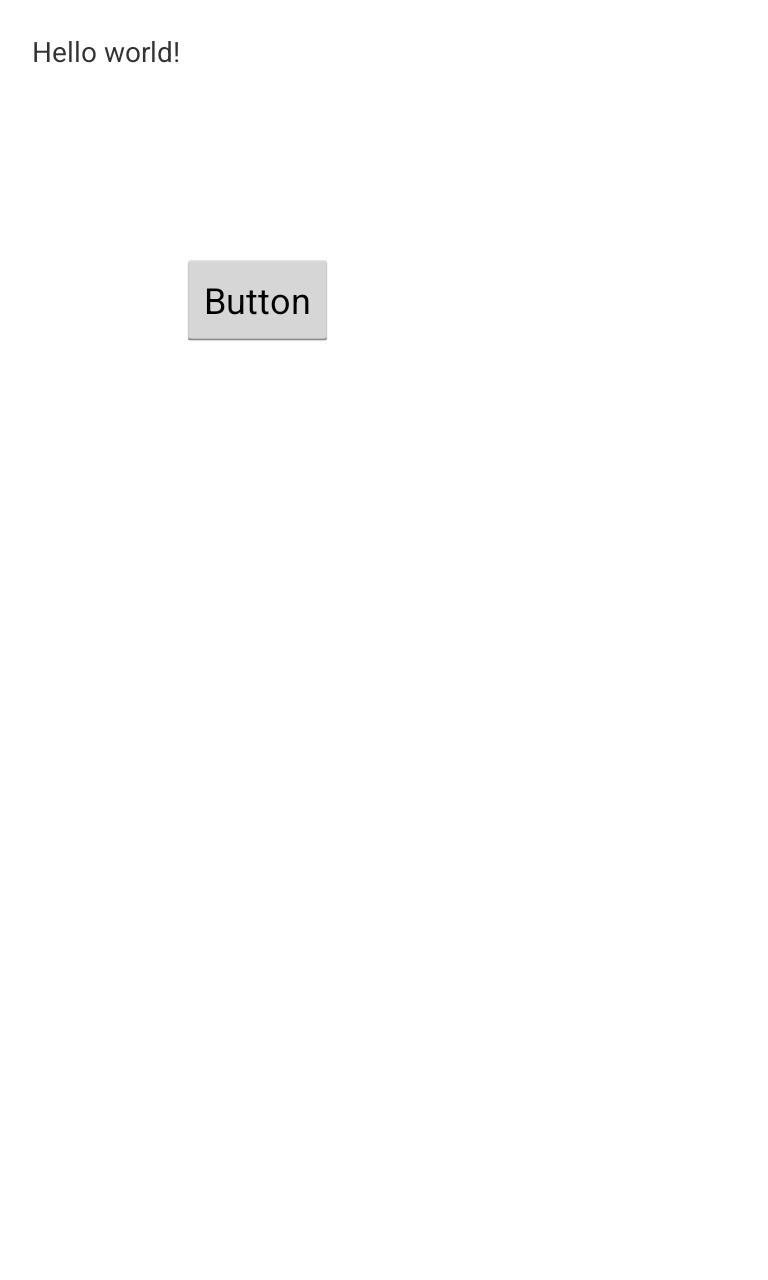
Repository: xfhy/Usually-learn-Android
Layout: Service 服务/5.为什么要引入bindservice/res/layout/activity_main.xml
An editor plug-in stored every save of this project. The layout is shown before and after the next save, followed by the edit.
It is drawn on a 768 x 1280 px phone screen (xhdpi) without system bars, with theme AppTheme; the app's code is not run.

Above is the layout before, as saved 2017-01-30 09:38:50.

### Service 服务/5.为什么要引入bindservice/res/layout/activity_main.xml
<RelativeLayout xmlns:android="http://schemas.android.com/apk/res/android"
    xmlns:tools="http://schemas.android.com/tools"
    android:layout_width="match_parent"
    android:layout_height="match_parent"
    android:paddingBottom="@dimen/activity_vertical_margin"
    android:paddingLeft="@dimen/activity_horizontal_margin"
    android:paddingRight="@dimen/activity_horizontal_margin"
    android:paddingTop="@dimen/activity_vertical_margin"
    tools:context="com.itheima.whybindservice.MainActivity$PlaceholderFragment" >

    <TextView
        android:id="@+id/textView1"
        android:layout_width="wrap_content"
        android:layout_height="wrap_content"
        android:text="@string/hello_world" />

    <Button
        android:id="@+id/bt_test"
        android:layout_width="wrap_content"
        android:layout_height="wrap_content"
        android:layout_below="@+id/textView1"
        android:layout_marginTop="91dp"
        android:layout_toRightOf="@+id/textView1"
        android:text="Button" />

</RelativeLayout>

### Service 服务/5.为什么要引入bindservice/res/values/strings.xml
<?xml version="1.0" encoding="utf-8"?>
<resources>

    <string name="app_name">5.为什么要引入bindservice</string>
    <string name="hello_world">Hello world!</string>
    <string name="action_settings">Settings</string>

</resources>

Loaded but not shown: Service 服务/5.为什么要引入bindservice/res/values/styles.xml (common file); Service 服务/5.为什么要引入bindservice/res/values-v11/styles.xml (common file); Service 服务/5.为什么要引入bindservice/res/values-v14/styles.xml (common file); Service 服务/5.为什么要引入bindservice/res/values/dimens.xml (common file); Service 服务/5.为什么要引入bindservice/res/values-w820dp/dimens.xml (common file)

After the next save:
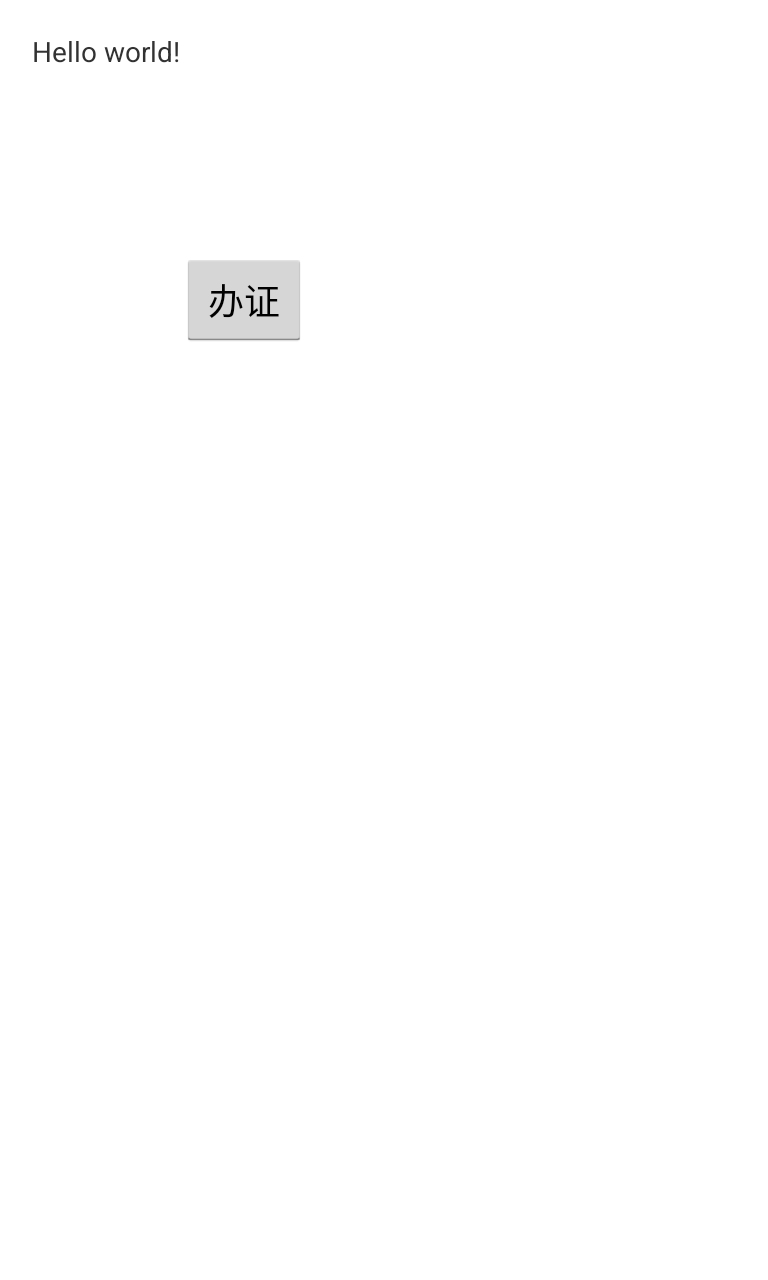
Saved 36 s later.
--- a/Service 服务/5.为什么要引入bindservice/res/layout/activity_main.xml
+++ b/Service 服务/5.为什么要引入bindservice/res/layout/activity_main.xml
@@ -21,6 +21,6 @@
         android:layout_below="@+id/textView1"
         android:layout_marginTop="91dp"
         android:layout_toRightOf="@+id/textView1"
-        android:text="Button" />
+        android:text="办证" />
 
 </RelativeLayout>
